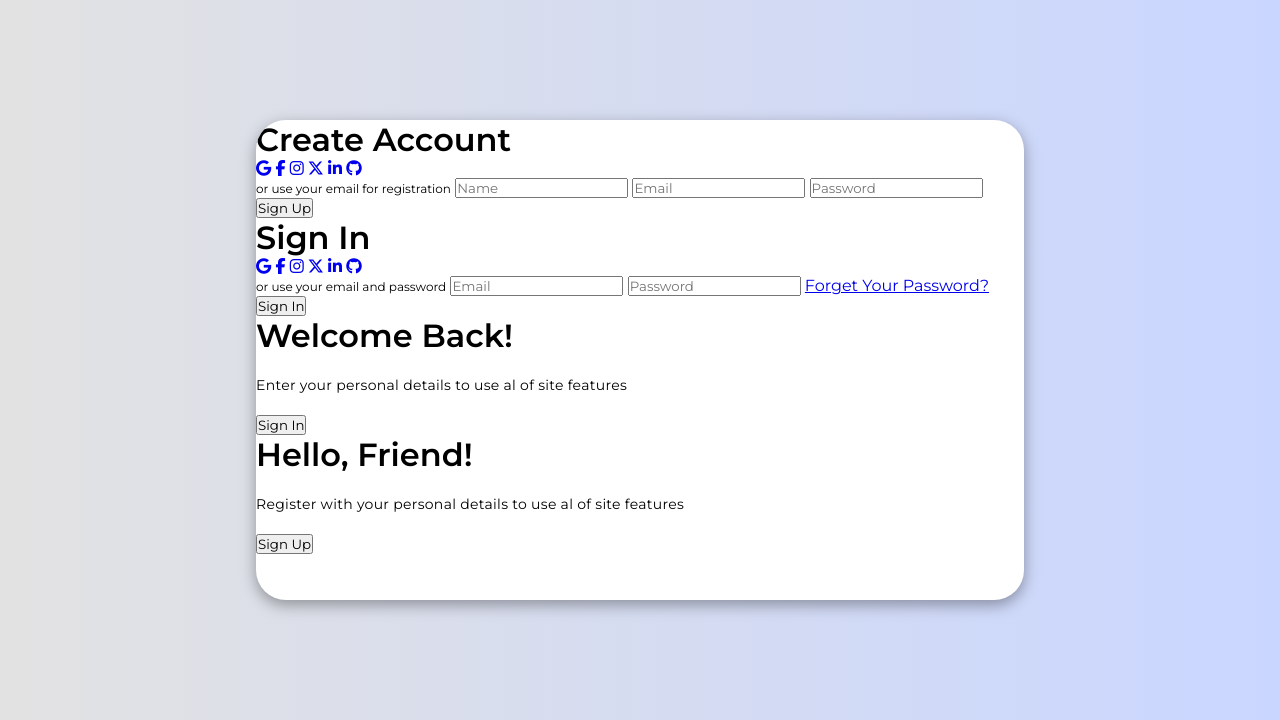
Repository: DevMike1993/Animated_Login_Page
Page: index.html
An editor plug-in stored every save of this project. The page is shown before and after a run of saves, followed by the edit.
The browser window is 1280 px wide. The pictures show the whole page.

Above is the page before, as saved 2023-12-17 19:56:40.

### index.html
<!DOCTYPE html>
<html lang="en">
<head>
    <meta charset="UTF-8">
    <meta name="viewport" content="width=device-width, initial-scale=1.0">
    <link rel="stylesheet" href="https://cdnjs.cloudflare.com/ajax/libs/font-awesome/6.5.1/css/all.min.css">
    <link rel="stylesheet" href="style.css">
    <title>Animated Login Page</title>
</head>
<body>

    <div class="container" id="container">
        <div class="form-container sign-up">
            <form>
                <h1>Create Account</h1>
                <div class="social-icons">
                    <a href="#" class="icon"><i class="fa-brands fa-google"></i></a>
                    <a href="#" class="icon"><i class="fa-brands fa-facebook-f"></i></a>
                    <a href="#" class="icon"><i class="fa-brands fa-instagram"></i></a>
                    <a href="#" class="icon"><i class="fa-brands fa-x-twitter"></i></a>
                    <a href="#" class="icon"><i class="fa-brands fa-linkedin-in"></i></a>
                    <a href="#" class="icon"><i class="fa-brands fa-github"></i></a>
                </div>
                <span>or use your email for registration</span>
                <input type="text" placeholder="Name">
                <input type="email" placeholder="Email">
                <input type="password" placeholder="Password">
                <button>Sign Up</button>
            </form>
        </div>
        <div class="form-container sign-in">
            <form>
                <h1>Sign In</h1>
                <div class="social-icons">
                    <a href="#" class="icon"><i class="fa-brands fa-google"></i></a>
                    <a href="#" class="icon"><i class="fa-brands fa-facebook-f"></i></a>
                    <a href="#" class="icon"><i class="fa-brands fa-instagram"></i></a>
                    <a href="#" class="icon"><i class="fa-brands fa-x-twitter"></i></a>
                    <a href="#" class="icon"><i class="fa-brands fa-linkedin-in"></i></a>
                    <a href="#" class="icon"><i class="fa-brands fa-github"></i></a>
                </div>
                <span>or use your email and password</span>
                <input type="email" placeholder="Email">
                <input type="password" placeholder="Password">
                <a href="#">Forget Your Password?</a>
                <button>Sign In</button>
            </form>
        </div>
        <div class="toggle-container">
            <div class="toggle">
                <div class="toggle-panel toggle-left">
                    <h1>Welcome Back!</h1>
                    <p>Enter your personal details to use al of site features</p>
                    <button class="hiden" id="login">Sign In</button>
                </div>
                <div class="toggle-panel toggle-right">
                    <h1>Hello, Friend!</h1>
                    <p>Register with your personal details to use al of site features</p>
                    <button class="hiden" id="register">Sign Up</button>
                </div>
            </div>
        </div>
    </div>

    <script src="script.js"></script>
</body>
</html>

### style.css
@import url('https://fonts.googleapis.com/css2?family=Montserrat:ital,wght@0,200;0,300;0,400;0,500;0,600;1,200;1,300&family=Poppins&display=swap');

*{
    margin: 0;
    padding: 0;
    box-sizing: border-box;
    font-family: "Montserrat", sans-serif;
}

body{
    background-color: #c9d6ff;
    background: linear-gradient(to right, #e2e2e2, #c9d6ff);
    display: flex;
    align-items: center;
    justify-content: center;
    flex-direction: column;
    height: 100vh;
}

.container{
    background-color: #fff;
    border-radius: 30px;
    box-shadow: 0 5px 15px rgba(0, 0, 0, 0.35);
    position: relative;
    overflow: hidden;
    width: 768px;
    max-width: 100%;
    min-height: 480px;
}

.container p{
    font-size: 14px;
    line-height: 20px;
    letter-spacing: 0.3px;
    margin: 20px 0;
}

.container span{
    font-size: 12px;
}

.container a{
    columns: ;
}

Loaded but not shown: script.js (no copy from this time; the picture is the same without it)

After the next 3 saves:
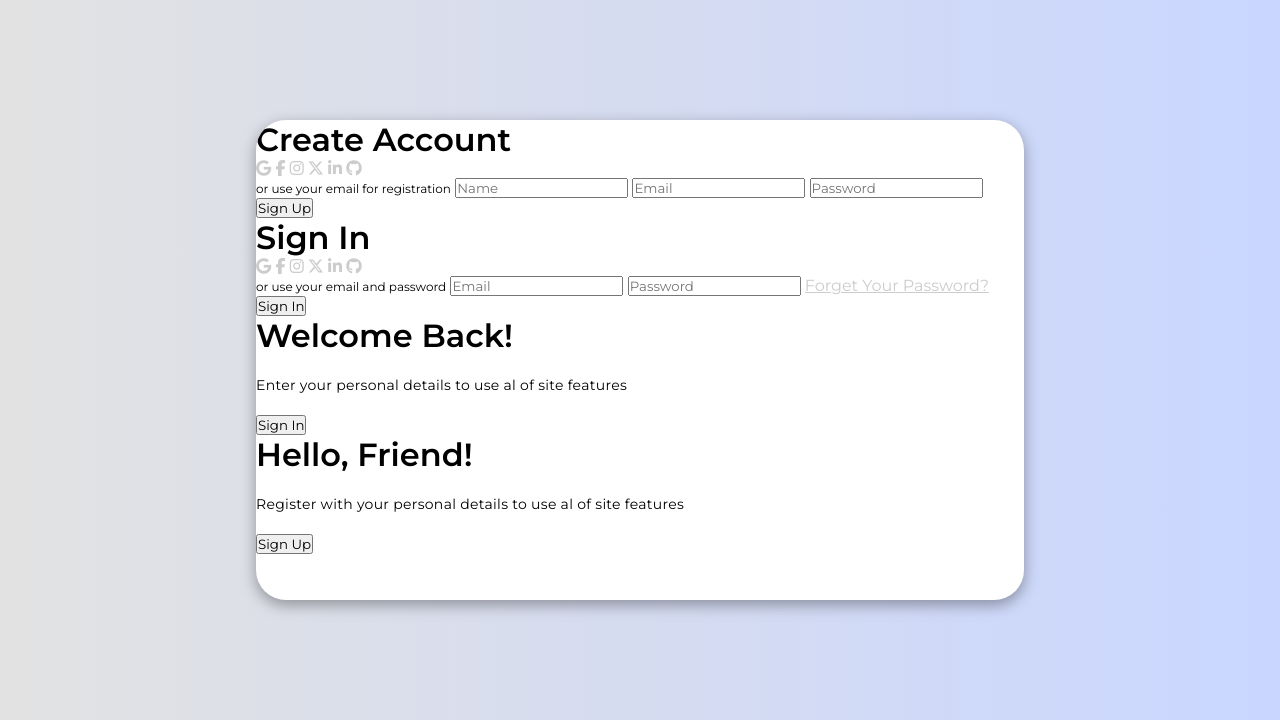
The 3 saves are shown as one change because they came seconds apart.
The last was saved 10 s later.
--- a/style.css
+++ b/style.css
@@ -40,5 +40,5 @@ body{
 }
 
 .container a{
-    columns: ;
+    color: #ccc;
 }
